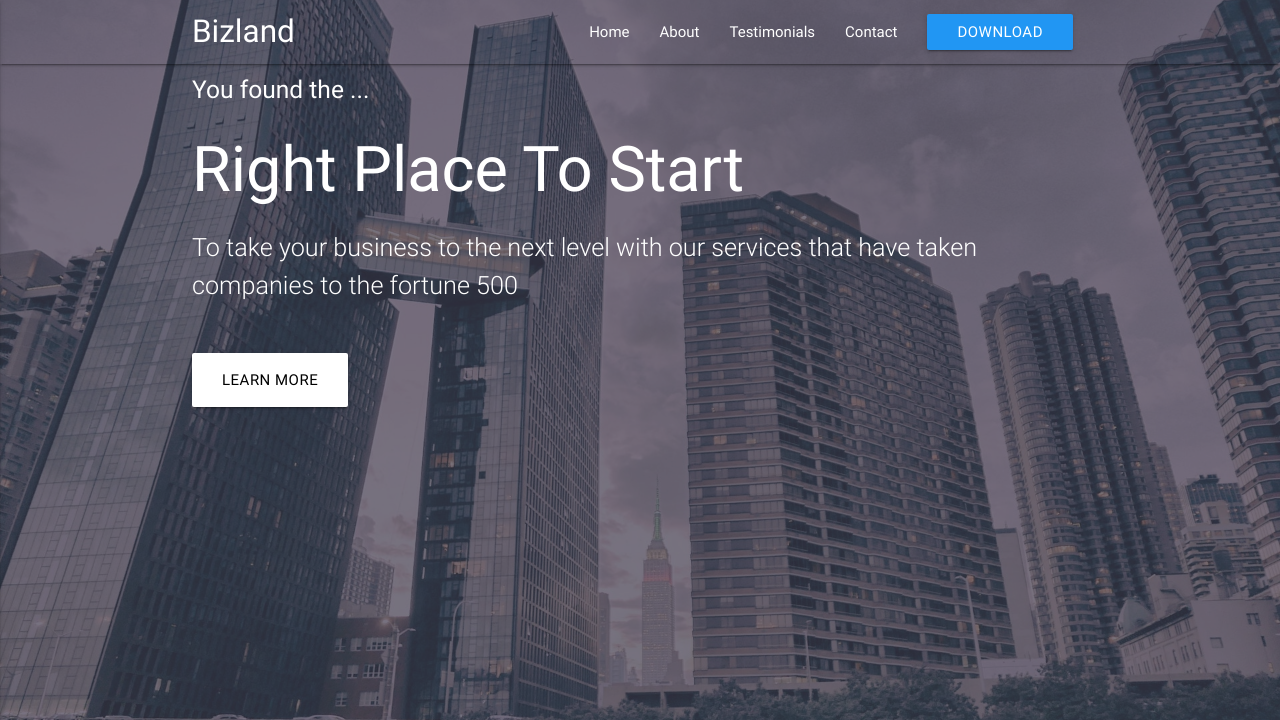
Repository: farrdy/bizland
Page: index.html
The author's editor kept a copy of each file at every save. The page is drawn from the files as they stood at one save, then again after the next save.
The browser window is 1280 px wide. The pictures show the whole page.
Some web libraries are served in a nearby version.

Above is the page before, as saved 2020-01-04 09:04:31.

After the next save:
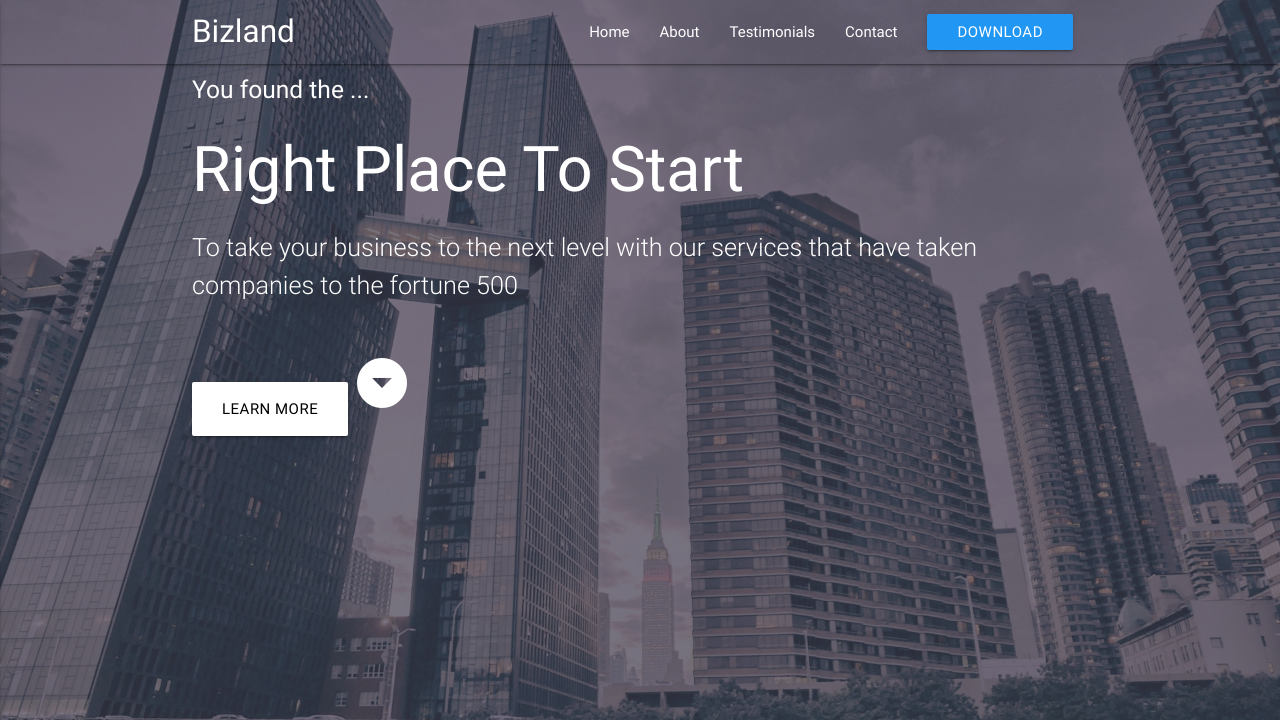
Saved 93 s later.
--- a/index.html
+++ b/index.html
@@ -84,6 +84,11 @@
               </p>
               <br />
               <a href="" class="btn btn-large white black-text">Learn More</a>
+              <a href="#about" class="white-text"
+                ><i class="material-icons medium">
+                  arrow_drop_down_circle
+                </i></a
+              >
             </div>
           </div>
         </div>
